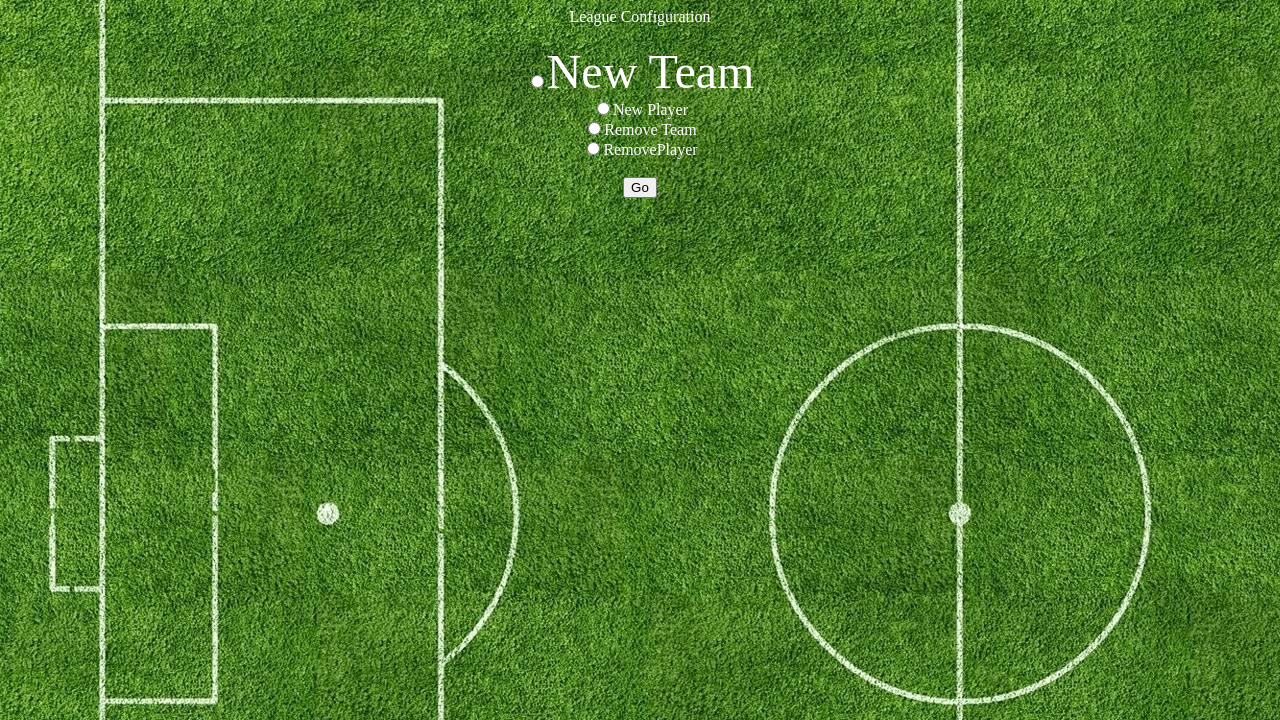
Repository: FredGlozman/SwiftScore
Page: SwiftScore/LeagueConfiguration.html
An editor plug-in stored every save of this project. The page is shown before and after the next save, followed by the edit.
The browser window is 1280 px wide. The pictures show the whole page.

Above is the page before, as saved 2015-12-03 12:39:21.

After the next save:
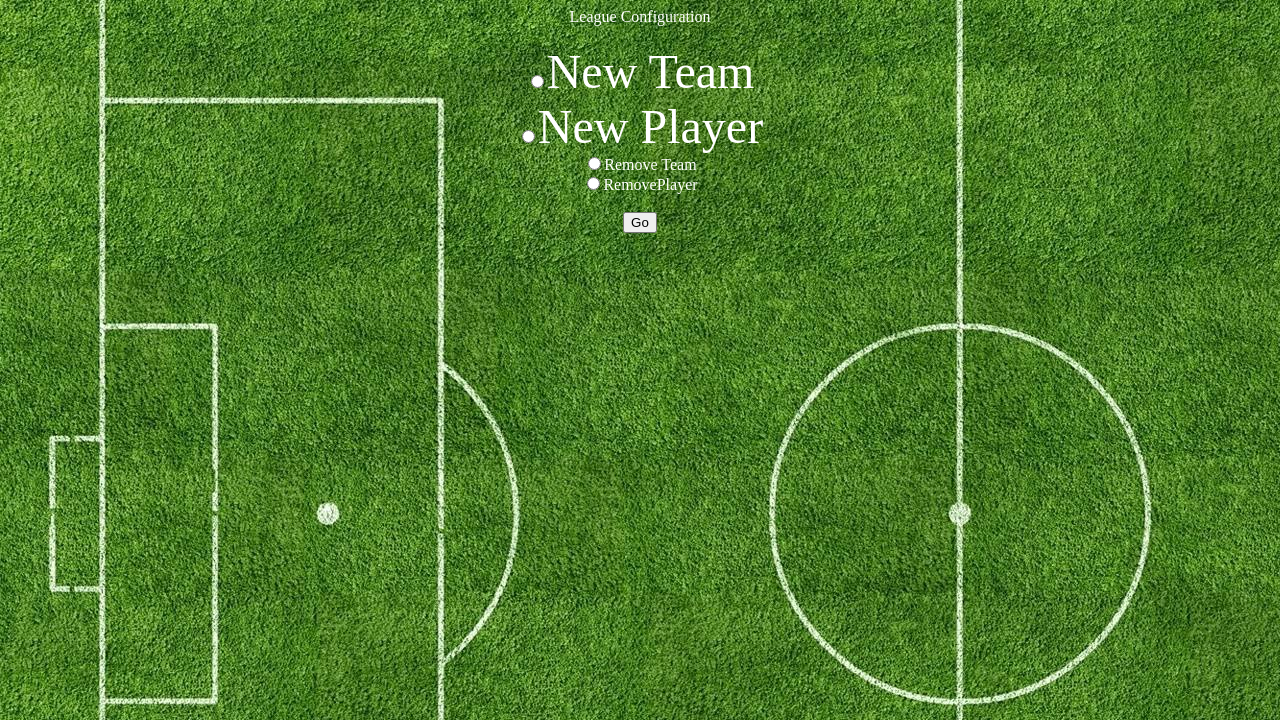
Saved 16 s later.
--- a/SwiftScore/LeagueConfiguration.html
+++ b/SwiftScore/LeagueConfiguration.html
@@ -12,7 +12,7 @@ p, form {
 		<form action="LeagueConfiguration.php" method="post">
 			League Configuration <br> <br>
 			<input type="radio" name="action" value="1"><font size = 30x >New Team</font> <br>
-			<input type="radio" name="action" value="2">New Player <br>
+			<input type="radio" name="action" value="2"><font size = 30x >New Player</font> <br>
 			<input type="radio" name="action" value="3">Remove Team <br>
 			<input type="radio" name="action" value="4">RemovePlayer
 			<br> <br>
